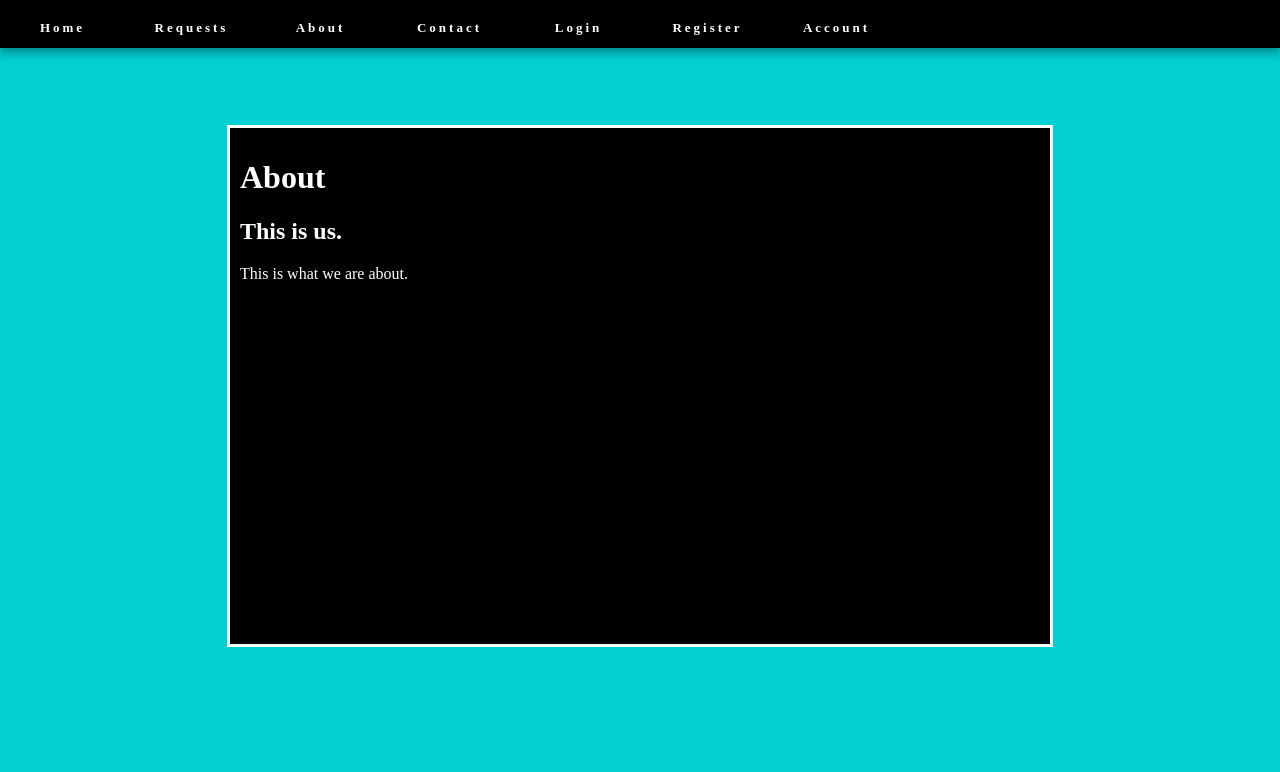
Repository: mailog/Tomorrow
Page: http://localhost/about
An editor plug-in stored every save of this project. The page is shown before and after the next save, followed by the edit.
The browser window is 1280 px wide. The pictures show the whole page.
The page is this project's Thymeleaf template; nobody is signed in. The template is opened directly, without the code that normally fills it, so the values that code supplies are empty.

Above is the page before, as saved 2017-07-30 03:14:35.

After the next save:
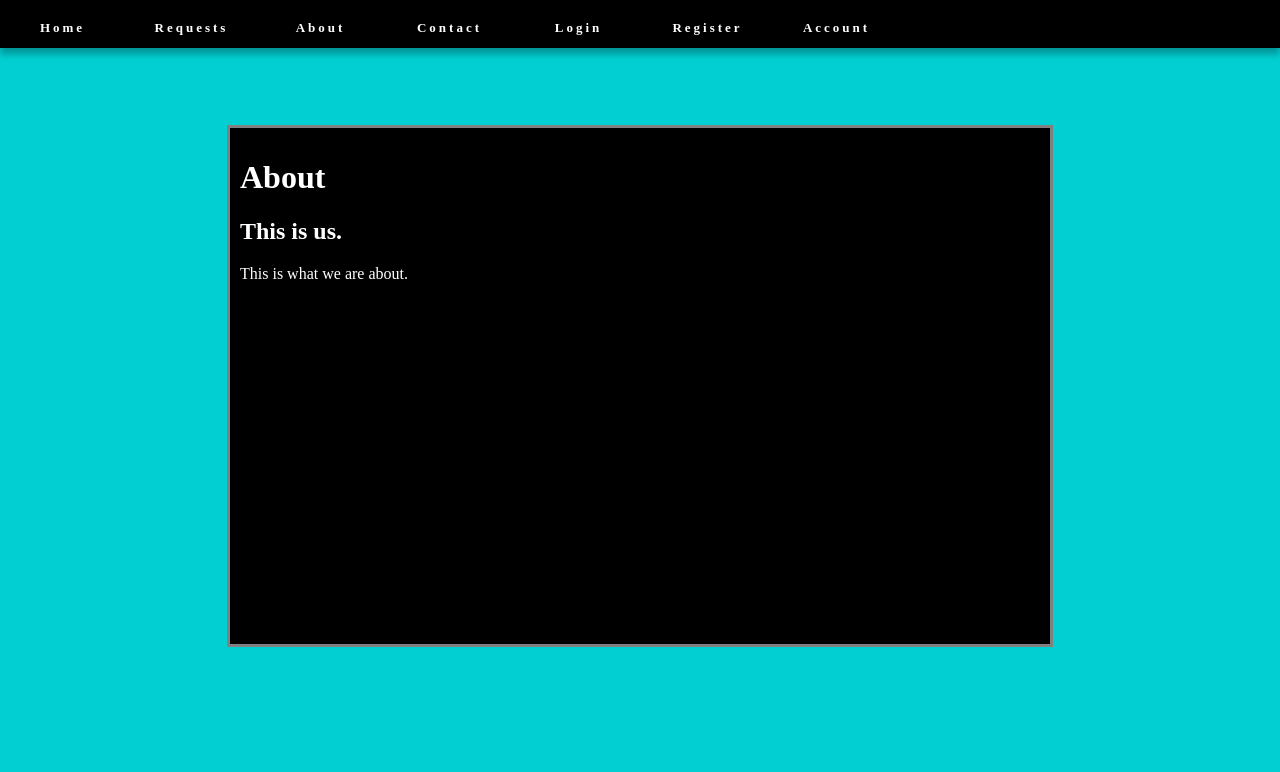
Saved 25 s later.
--- a/Tomorrow/src/main/resources/static/css/about.css
+++ b/Tomorrow/src/main/resources/static/css/about.css
@@ -8,5 +8,5 @@
 	width: 800px;
 	padding: 10px;
 	border-style:solid;
-	border-color: white;
+	border-color: grey;
 }
